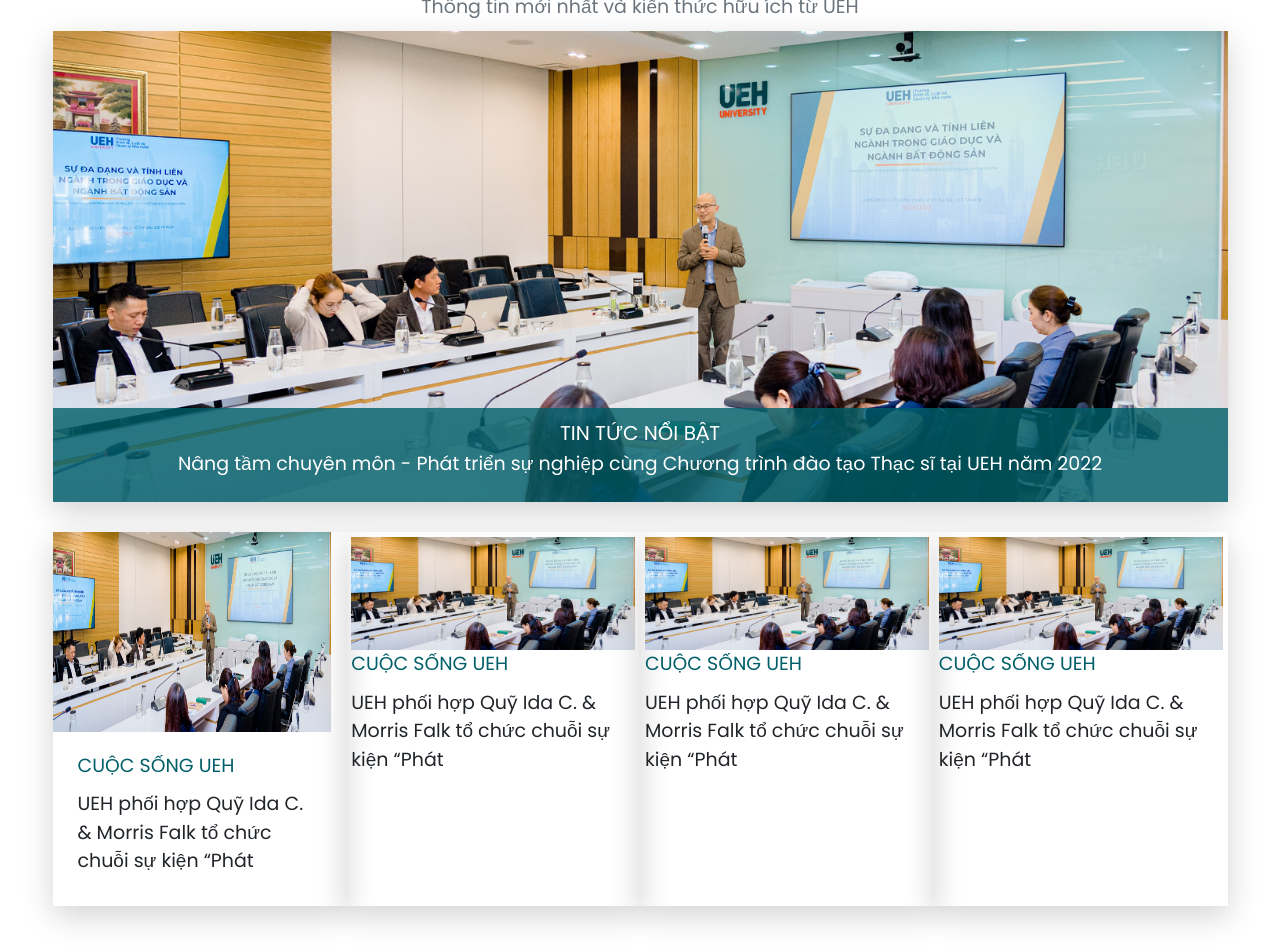
Repository: Jackietruong2805/frontends
Page: html css/ueh/index.html
These files come from the project's save history. The page is drawn as it stood at one moment and after the next save; the edit follows.
The browser window is 1280 px wide. The page is 1288 px wide, so the pictures cover 1288 px, including what lies to the right of the window. The pictures show the part of the page from y = 768 to 1720 px (the page is 1720 px tall).
Some web libraries are served in a nearby version.

Above is the page before, as saved 2022-06-20 09:43:33.

### html css/ueh/index.html
<!DOCTYPE html>
<html lang="en">
  <head>
    <meta charset="UTF-8" />
    <meta http-equiv="X-UA-Compatible" content="IE=edge" />
    <meta name="viewport" content="width=device-width, initial-scale=1.0" />
    <title>UEH</title>
    <!-- FONT GOOGLE -->
    <link rel="preconnect" href="https://fonts.googleapis.com" />
    <link rel="preconnect" href="https://fonts.gstatic.com" crossorigin />
    <link
      href="https://fonts.googleapis.com/css2?family=Poppins:wght@300;400;700&display=swap"
      rel="stylesheet"
    />
    <!-- FONT AWESOME -->
    <link
      rel="stylesheet"
      href="https://cdnjs.cloudflare.com/ajax/libs/font-awesome/6.1.1/css/all.min.css"
      integrity="sha512-KfkfwYDsLkIlwQp6LFnl8zNdLGxu9YAA1QvwINks4PhcElQSvqcyVLLD9aMhXd13uQjoXtEKNosOWaZqXgel0g=="
      crossorigin="anonymous"
      referrerpolicy="no-referrer"
    />
    <!-- BS5 -->
    <link
      href="https://cdn.jsdelivr.net/npm/bootstrap@5.1.3/dist/css/bootstrap.min.css"
      rel="stylesheet"
      integrity="sha384-1BmE4kWBq78iYhFldvKuhfTAU6auU8tT94WrHftjDbrCEXSU1oBoqyl2QvZ6jIW3"
      crossorigin="anonymous"
    />
    <!-- INDEX CSS -->
    <link rel="stylesheet" href="./css/index.css" />
  </head>
  <body class="fix">
    <!-- HEADER -->
    <header class="container-fluid p-0">
      <nav
        class="navbar navbar-expand-lg navbar-dark bg-dark p-0 fixed-top w-100"
        id="brand-bar"
      >
        <div class="container-fluid px-5">
          <a class="navbar-brand" id="header--workmark" href="#">
            <img src="./img/logo-header.png" id="logo-header" alt="ueh-logo" />
          </a>
          <button
            class="navbar-toggler"
            type="button"
            data-bs-toggle="collapse"
            data-bs-target="#navbarUeh"
            aria-controls="navbarSupportedContent"
            aria-expanded="false"
            aria-label="Toggle navigation"
          >
            <span class="navbar-toggler-icon"></span>
          </button>
          <div class="collapse navbar-collapse" id="navbarUeh">
            <ul class="navbar-nav ms-auto mb-2 mb-lg-0 px-5">
              <li class="nav-item">
                <a class="nav-link active" aria-current="page" href="#"
                  >Tân sinh viên</a
                >
              </li>
              <li class="nav-item">
                <a class="nav-link" href="#">Người học</a>
              </li>
              <li class="nav-item">
                <a class="nav-link" href="#">Cựu sinh viên</a>
              </li>
              <li class="nav-item">
                <a class="nav-link" href="#">UEH Future</a>
              </li>
              <li class="nav-item">
                <a class="nav-link" href="#">UEHer</a>
              </li>
              <li class="nav-item">
                <a class="nav-link" href="#">UEH Vĩnh Long</a>
              </li>
              <li class="nav-item d-flex align-items-center">
                <div class="button-cover">
                  <span class="vi text-white">VI</span>
                  <span class="en">EN</span>
                </div>
              </li>
            </ul>
            <button class="btn btn-info">
              <i class="fa fa-search"></i>
            </button>
          </div>
        </div>
      </nav>
      <div id="video" class="video row">
        <div class="video-ueh"></div>
      </div>
    </header>

    <!-- CAROUSEL -->
    <div class="body">
      <section class="carousel">
        <div id="uehIndicators" class="carousel slide" data-bs-ride="carousel">
          <div class="carousel-indicators">
            <button
              type="button"
              data-bs-target="#uehIndicators"
              data-bs-slide-to="0"
              class="active"
              aria-current="true"
              aria-label="Slide 1"
            ></button>
            <button
              type="button"
              data-bs-target="#uehIndicators"
              data-bs-slide-to="1"
              aria-label="Slide 2"
            ></button>
            <button
              type="button"
              data-bs-target="#uehIndicators"
              data-bs-slide-to="2"
              aria-label="Slide 3"
            ></button>
            <button
              type="button"
              data-bs-target="#uehIndicators"
              data-bs-slide-to="3"
              aria-label="Slide 4"
            ></button>
            <button
              type="button"
              data-bs-target="#uehIndicators"
              data-bs-slide-to="4"
              aria-label="Slide 4"
            ></button>
          </div>
          <div class="carousel-inner">
            <div class="carousel-item active">
              <img src="./img/slider-1.jpg" class="d-block w-100" alt="..." />
            </div>
            <div class="carousel-item">
              <img src="./img/slider-2.png" class="d-block w-100" alt="..." />
            </div>
            <div class="carousel-item">
              <img src="./img/slider-3.jpg" class="d-block w-100" alt="..." />
            </div>
            <div class="carousel-item">
              <img src="./img/slider-4.jpg" class="d-block w-100" alt="..." />
            </div>
            <div class="carousel-item">
              <img src="./img/slider-5.png" class="d-block w-100" alt="..." />
            </div>
          </div>
          <button
            class="carousel-control-prev"
            type="button"
            data-bs-target="#uehIndicators"
            data-bs-slide="prev"
          >
            <span class="ueh-block-title">
              <i class="fa fa-angle-left"></i>
            </span>
            <span class="visually-hidden">Previous</span>
          </button>
          <button
            class="carousel-control-next"
            type="button"
            data-bs-target="#uehIndicators"
            data-bs-slide="next"
          >
            <span class="ueh-block-title"
              ><i class="fa fa-angle-right"></i
            ></span>
            <span class="visually-hidden">Next</span>
          </button>
        </div>
      </section>
      <!-- CAROUSEL -->

      <!-- NEWS -->
      <section class="news my-5">
        <h1 class="text-center ueh-block-title fw-bold fs-1">Tin tức</h1>
        <p class="text-muted text-center">
          Thông tin mới nhất và kiến thức hữu ích từ UEH
        </p>
        <div class="container-fluid px-5">
          <div class="row px-5">
            <div class="col-12 shadow-lg p-0 overflow-hidden position-relative">
              <img
                class="img-fluid"
                id="img-scale"
                src="./img/news-1.jpg"
                alt="news1"
              />
              <div class="news__overplay">
                <h2 class="over-1">TIN TỨC NỔI BẬT</h2>
                <p class="over-2">
                  Nâng tầm chuyên môn - Phát triển sự nghiệp cùng Chương trình
                  đào tạo Thạc sĩ tại UEH năm 2022
                </p>
              </div>
            </div>
          </div>
          <div class="row px-5 py-5">
            <div class="col-3 p-0 pe-4 shadow-lg news__col">
              <div class="news__img">
                <img class="img-fluid" src="./img/news-1.jpg" alt="news-1" />
              </div>
              <div class="new__content">
                <p style="color: rgb(0, 95, 105)">CUỘC SỐNG UEH</p>
                <p>
                  UEH phối hợp Quỹ Ida C. & Morris Falk tổ chức chuỗi sự kiện
                  “Phát
                </p>
              </div>
            </div>
            <div class="col-3 p-0 p-2 shadow-lg">
              <img class="img-fluid" src="./img/news-1.jpg" alt="news-1" />
              <p style="color: rgb(0, 95, 105)">CUỘC SỐNG UEH</p>
              <p>
                UEH phối hợp Quỹ Ida C. & Morris Falk tổ chức chuỗi sự kiện
                “Phát
              </p>
            </div>
            <div class="col-3 p-0 p-2 shadow-lg">
              <img class="img-fluid" src="./img/news-1.jpg" alt="news-1" />
              <p style="color: rgb(0, 95, 105)">CUỘC SỐNG UEH</p>
              <p>
                UEH phối hợp Quỹ Ida C. & Morris Falk tổ chức chuỗi sự kiện
                “Phát
              </p>
            </div>
            <div class="col-3 p-0 p-2 shadow-lg">
              <img class="img-fluid" src="./img/news-1.jpg" alt="news-1" />
              <p style="color: rgb(0, 95, 105)">CUỘC SỐNG UEH</p>
              <p>
                UEH phối hợp Quỹ Ida C. & Morris Falk tổ chức chuỗi sự kiện
                “Phát
              </p>
            </div>
          </div>
        </div>
      </section>
      <!-- ADMISSIONS -->
      <section class="admissions"></section>
      <!-- EVENT -->
      <section class="event"></section>
      <!-- RESEARCH -->
      <section class="research"></section>
      <!-- TRAIN -->
      <section class="train"></section>
      <!-- COOPERATION -->
      <section class="coOperation"></section>
      <!-- ACCREDITATION -->
      <section class="accreditation"></section>
      <!-- UEH -->
      <section class="ueh"></section>
      <!-- INTRO -->
      <section class="intro"></section>
      <!-- EXPLORE -->
      <section class="explore"></section>
      <!-- FOOTER -->
      <footer></footer>
    </div>

    <div class="placeholder"></div>

    <!-- thư viện hộ trợ -->
    <script
      src="https://cdn.jsdelivr.net/npm/bootstrap@5.1.3/dist/js/bootstrap.bundle.min.js"
      integrity="sha384-ka7Sk0Gln4gmtz2MlQnikT1wXgYsOg+OMhuP+IlRH9sENBO0LRn5q+8nbTov4+1p"
      crossorigin="anonymous"
    ></script>
    <script src="./js/index.js"></script>
  </body>
</html>

### html css/ueh/css/index.css
/* Global */
* {
    padding: 0;
    margin: 0;
    box-sizing: border-box;
}

html {
    font-size: 10px;
}

body {
    font-size: 1.9em;
}

body,
html {
    font-family: 'Poppins', sans-serif;
}

.ueh-block-title {
    color: #f26f33 !important;
}

.fs-1 {
    font-size: 3.0517578125em !important;
    ;
}

#img-scale {
    transform: scale(1);
    transition: 0.5s;
}

#img-scale:hover {
    transform: scale(1.05);
}

.fixed {
    position: fixed;
    top: 0;
    width: 100%;
    z-index: -2;
}

.section {
    padding: 30px 0;
}

/* HEADER */
.fix .body {
    position: fixed;
    top: 20vh;
    width: 100%;
    z-index: -1;
}

.fix .placeholder {
    position: relative;
    height: 1000px;
    z-index: 1;
}

header {
    height: 100vh;
    display: flex;
    flex-direction: column;
    position: relative;
    z-index: 1;
}

.video {
    flex-grow: 1;
}

.video-ueh {
    height: 100%;
    background-image: url('../img/ueh-vid.gif');
    background-position: center;
    background-repeat: no-repeat;
    background-size: cover;
}

#brand-bar {
    background-color: rgb(0, 95, 105) !important;

}

#navbarUeh .nav-item {
    transition: 0.5s;
}

#navbarUeh .nav-item:hover:not(:last-child) {
    background-color: #f26f33;
}

.navbar #header--workmark {
    font-size: 1.1em !important;
    line-height: 1.8em !important;
}

#logo-header {
    max-height: 36px !important;
}

#navbarUeh .nav-item .nav-link {
    color: #fff;
    font-weight: 300;
    padding: .5555555556em .5em;
    outline-offset: -4px;
}

.button-cover {
    background-color: white;
    border-radius: 30px;
    padding: 1.5px 4px;
    line-height: 10px;
}

.button-cover .vi {
    display: inline-block;
    border-radius: 50%;
    background-color: rgb(0, 95, 105);
    padding: 8px;
    font-size: 10px;
    font-weight: bold;
}

.button-cover .en {
    color: rgb(0, 95, 105);
    font-size: 10px;
    padding: 5px;
    font-weight: bold;
}

#navbarUeh .btn-info,
#navbarUeh .btn-info:focus {
    color: white;
    background-color: rgb(0, 95, 105);
    border: 0;
    font-size: inherit;
    padding: 0 40px 0 60px;
    box-shadow: none;
}


/* CAROUSEL */


#uehIndicators .carousel-indicators .active {
    background-color: white;
}

.carousel-control-prev,
.carousel-control-next {
    opacity: 1;
    width: 5%;
}

.carousel-indicators [data-bs-target] {
    width: 10px;
    height: 10px;
    border-radius: 50%;
    background-color: transparent;
    border: 2px solid white;
    background-clip: border-box;
}

.carousel-control-prev .fa-angle-left {
    font-size: 40px;
}

.carousel-control-next .fa-angle-right {
    font-size: 40px;
}

.news__overplay {
    position: absolute;
    width: 100%;
    height: 20%;
    background-color: rgba(0, 95, 105, 0.8);
    bottom: 0;
    display: flex;
    flex-direction: column;
    justify-content: center;
    text-align: center;
    color: #fff;
}

.news__col {
    display: flex;
    flex-direction: column;

}

.new__content {
    padding: 20px 25px;
}

.news__img {
    height: auto;
    flex-basis: 100px;
}

.news__img img {
    height: 200px;
}

### html css/ueh/js/index.js
window.onscroll = function () {
  const video = document.getElementById("video");
  const body = document.querySelector("body");
  const videoHeight = video.offsetHeight;

  if (document.documentElement.scrollTop <= videoHeight) {
    body.classList.add("fix");
  } else {
    body.classList.remove("fix");
  }
};

After the next save:
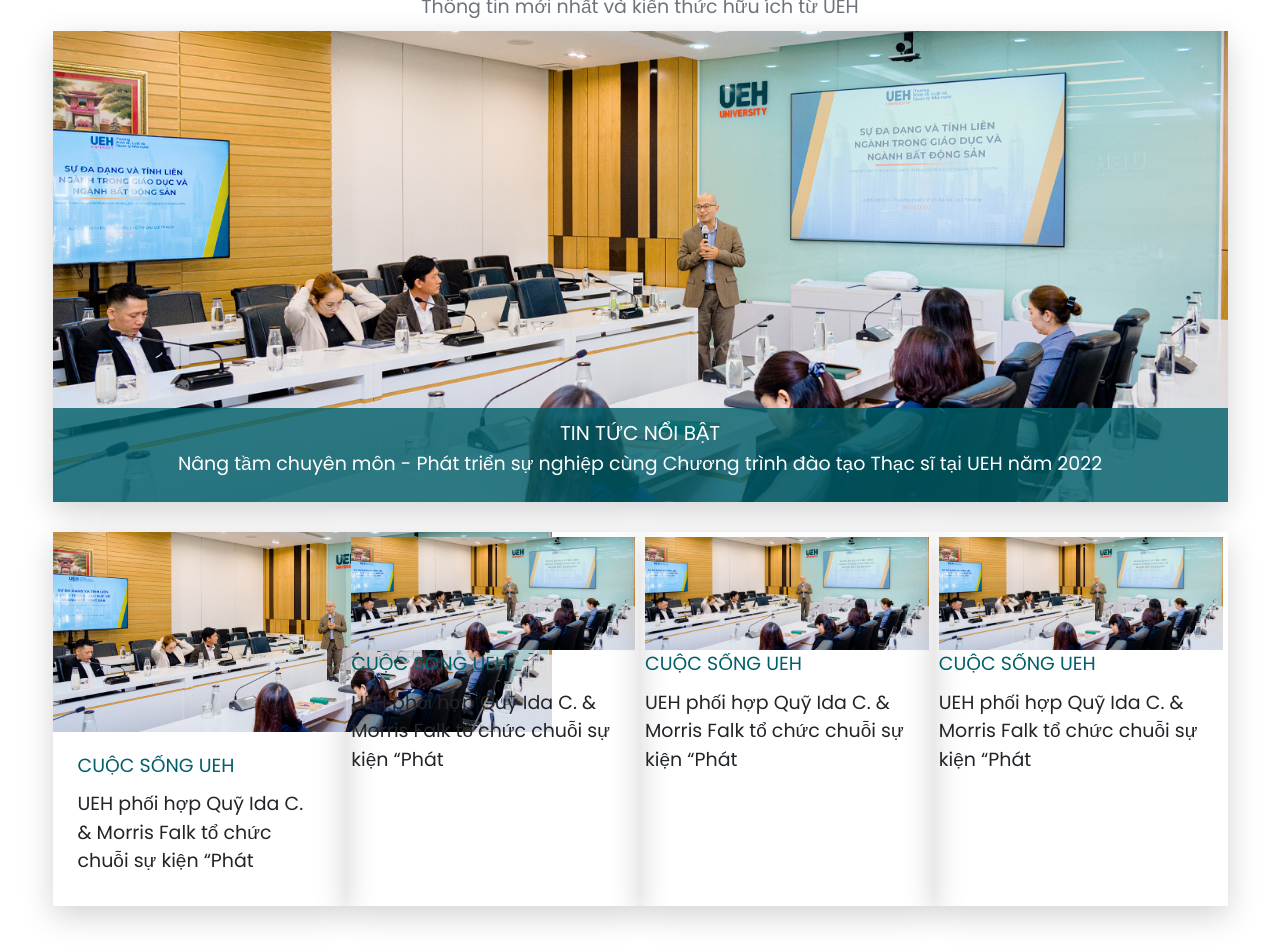
Saved 14 s later.
--- a/html css/ueh/index.html
+++ b/html css/ueh/index.html
@@ -200,7 +200,7 @@
           <div class="row px-5 py-5">
             <div class="col-3 p-0 pe-4 shadow-lg news__col">
               <div class="news__img">
-                <img class="img-fluid" src="./img/news-1.jpg" alt="news-1" />
+                <img class="" src="./img/news-1.jpg" alt="news-1" />
               </div>
               <div class="new__content">
                 <p style="color: rgb(0, 95, 105)">CUỘC SỐNG UEH</p>

After the save that followed:
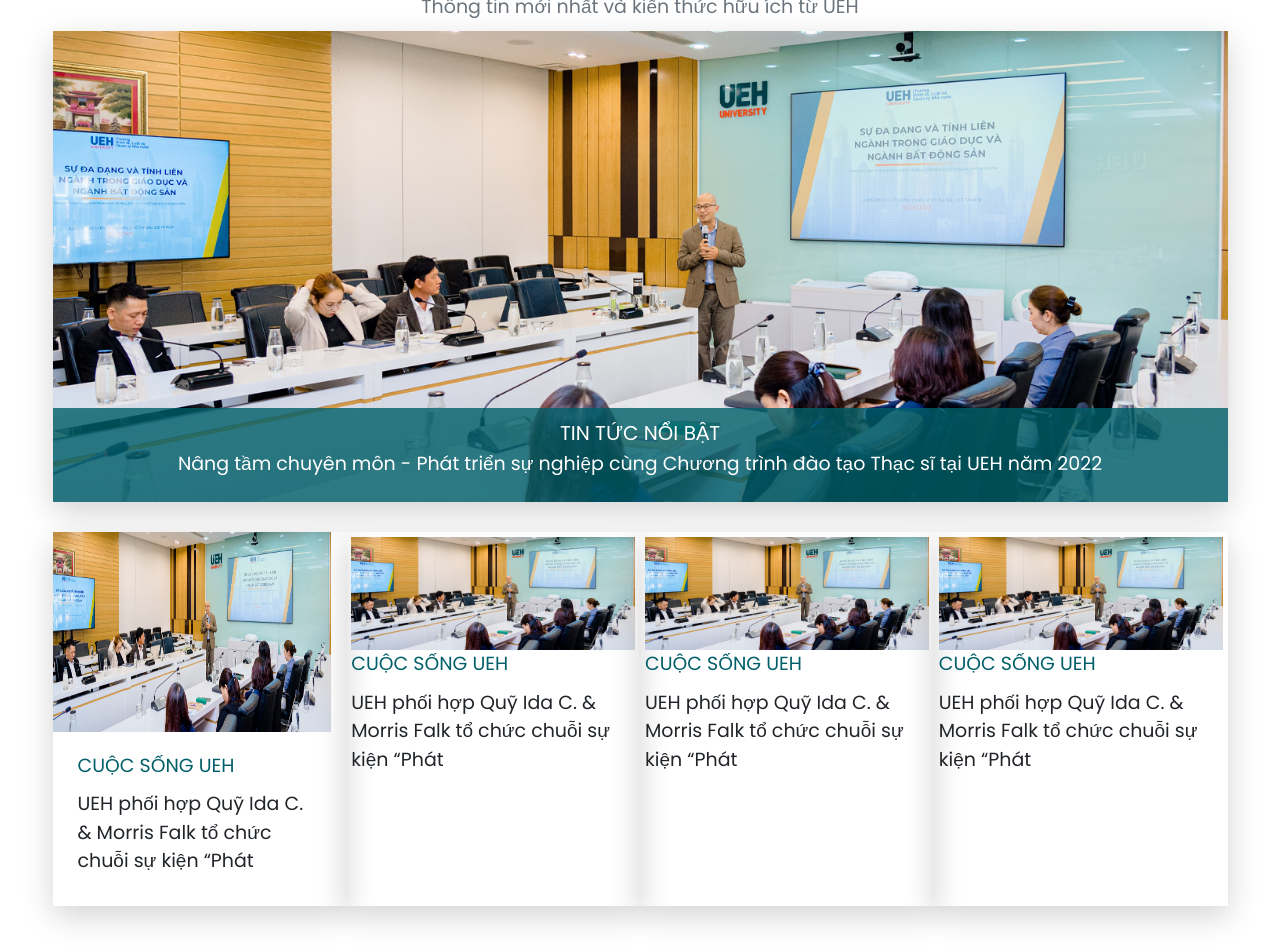
Saved 11 s later.
--- a/html css/ueh/css/index.css
+++ b/html css/ueh/css/index.css
@@ -204,4 +204,5 @@
 
 .news__img img {
     height: 200px;
-}
+    max-width: 100%;
+}
